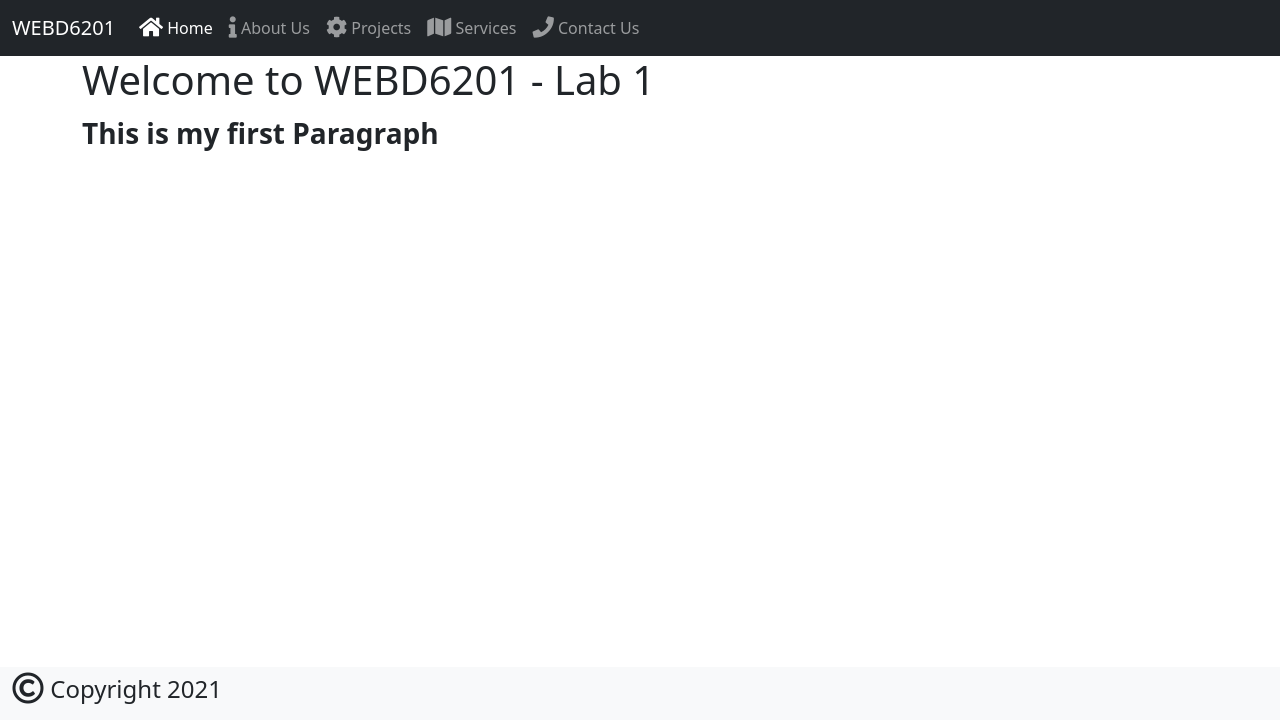
Repository: ErikHayward/WEBD6201-W2021-ICE1b
Page: services.html
The author's editor kept a copy of each file at every save. The page is drawn from the files as they stood at one save, then again after the next save.
The browser window is 1280 px wide. The pictures show the whole page.

Above is the page before, as saved 2021-01-22 20:28:59.

### services.html
<!DOCTYPE html>
<html lang="en">
<head>
    <meta charset="UTF-8">
    <meta name="viewport" content="width=device-width, initial-scale=1.0">
    <title>Home</title>
    <!-- CSS Section -->
    <link rel="stylesheet" href="./node_modules/bootstrap/dist/css/bootstrap.min.css">
    <link rel="stylesheet" href="./node_modules/@fortawesome/fontawesome-free/css/all.min.css">
    <link rel="stylesheet" href="./Content/app.css">
</head>
<body>
    <!-- Main Header -->
    <header>
        <!-- Main Nav -->
        <nav class="navbar navbar-expand-lg navbar-dark bg-dark">
            <div class="container-fluid">
              <a class="navbar-brand" href="index.html">WEBD6201</a>
              <button class="navbar-toggler" type="button" data-bs-toggle="collapse" data-bs-target="#navbarSupportedContent" aria-controls="navbarSupportedContent" aria-expanded="false" aria-label="Toggle navigation">
                <span class="navbar-toggler-icon"></span>
              </button>
              <div class="collapse navbar-collapse" id="navbarSupportedContent">
                <ul class="navbar-nav me-auto mb-2 mb-lg-0">

                  <li class="nav-item">
                    <a class="nav-link active" aria-current="page" href="index.html"><i class="fas fa-home fa-lg"></i> Home</a>
                  </li>

                  <li class="nav-item">
                    <a class="nav-link" aria-current="page" href="about.html"><i class="fas fa-info fa-lg"></i> About Us</a>
                  </li>

                  <li class="nav-item">
                    <a class="nav-link" aria-current="page" href="projects.html"><i class="fas fa-cog fa-lg"></i> Projects</a>
                  </li>

                  <li class="nav-item">
                    <a class="nav-link" aria-current="page" href="services.html"><i class="fas fa-map fa-lg"></i> Services</a>
                  </li>

                  <li class="nav-item">
                    <a class="nav-link" aria-current="page" href="contact.html"><i class="fas fa-phone fa-lg"></i> Contact Us</a>
                  </li>

                </ul>
              </div>
            </div>
          </nav>
    </header>

    <!-- Main Content -->
    <main class="container">
        <h1>Welcome to WEBD 6201</h1>
        <p id="paragraphOne"></p>
    </main>

    <!-- Main Footer -->
    <footer>
        <nav class="navbar fixed-bottom navbar-light bg-light">
            <div class="container-fluid">
              <h4><i class="far fa-copyright fa-lg"></i> Copyright 2021</h4>
            </div>
          </nav>
    </footer>

    <!-- Script Section -->
    <script src="./node_modules/jquery/dist/jquery.min.js"></script>
    <script src="./node_modules/bootstrap/dist/js/bootstrap.bundle.min.js"></script>
    <script src="./Scripts/app.js"></script>
</body>
</html>

### Content/app.css
/* Custom CSS goes here */

### Scripts/app.js
/* Custom Java Script goes here */

// IIFE - Immediately Invoked Function Expression
// AKA - Anonymous Self-Executing Function
// Closure - limits scope leak

"use strict";

(function(){

    function Start(){
        console.log("App Started...");

        let paragraphOneText = "This is a simple site to demonstrate DOM Manipulation for ICE 1";

        let paragraphOneElement = document.getElementById("paragraphOne");

        paragraphOneElement.textContent = paragraphOneText;
        paragraphOneElement.className = "fs-5";

        // Step 1. document.createElement
        let newParagraph = document.createElement("p");
        // Step 2. configure the element
        newParagraph.setAttribute("id", "paragraphTwo");
        newParagraph.textContent = "...And this is paragraph two";
        // Step 3. select the parent element
        let mainContent = document.getElementsByTagName("main")[0];
        // Step 4. Add / Insert element
        mainContent.appendChild(newParagraph);

        newParagraph.className = "fs-6";

        // another way of injecting content
        let paragraphDiv = document.createElement('div');
        let paragraphThree =`<p id="paragraphThree" class="fs-7 fw-bold">And this is the Third Paragraph</p>`
        paragraphDiv.innerHTML = paragraphThree;

        // insertions

        // example of inserting before a node
        // newParagraph.before(paragraphDiv);

        // example of inserting after a node
        newParagraph.after(paragraphDiv);

        // deletions

        // example of removing a single element
        // paragraphOneElement.remove();

        // example of removeChild
        mainContent.removeChild(paragraphOneElement);

        // update / modification
        // mainContent.firstElementChild.textContent = "Welcome Home!";

        mainContent.innerHTML =
        `<h1 id="firstHeading">Welcome to WEBD6201 - Lab 1</h1>
         <p id="paragraphOne" class="fs-3 fw-bold">This is my first Paragraph</p>
        `;

    }

    window.addEventListener("load", Start);

})();

Loaded but not shown: node_modules/bootstrap/dist/css/bootstrap.min.css (library); node_modules/@fortawesome/fontawesome-free/css/all.min.css (library); node_modules/jquery/dist/jquery.min.js (library); node_modules/bootstrap/dist/js/bootstrap.bundle.min.js (library)

After the next save:
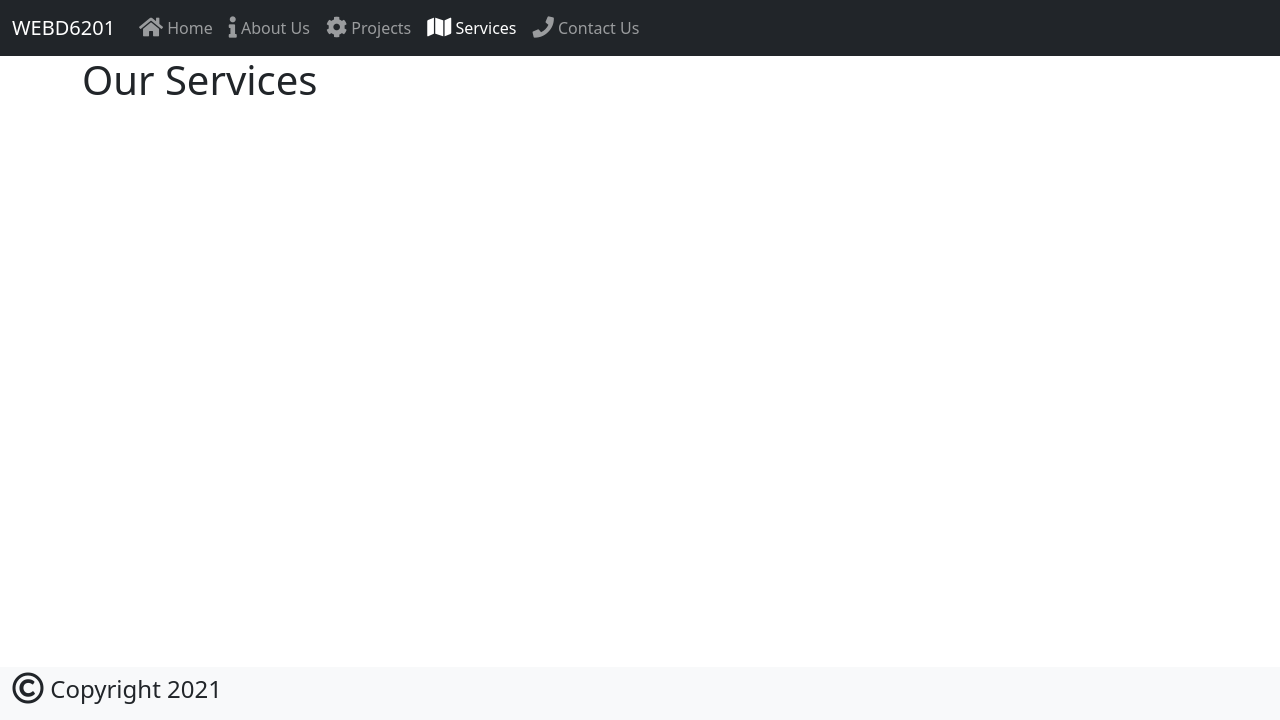
Console error: TypeError: Cannot set properties of null (setting 'textContent')
Saved 54 s later.
--- a/services.html
+++ b/services.html
@@ -3,7 +3,7 @@
 <head>
     <meta charset="UTF-8">
     <meta name="viewport" content="width=device-width, initial-scale=1.0">
-    <title>Home</title>
+    <title>Services</title>
     <!-- CSS Section -->
     <link rel="stylesheet" href="./node_modules/bootstrap/dist/css/bootstrap.min.css">
     <link rel="stylesheet" href="./node_modules/@fortawesome/fontawesome-free/css/all.min.css">
@@ -23,7 +23,7 @@
                 <ul class="navbar-nav me-auto mb-2 mb-lg-0">
 
                   <li class="nav-item">
-                    <a class="nav-link active" aria-current="page" href="index.html"><i class="fas fa-home fa-lg"></i> Home</a>
+                    <a class="nav-link" aria-current="page" href="index.html"><i class="fas fa-home fa-lg"></i> Home</a>
                   </li>
 
                   <li class="nav-item">
@@ -35,7 +35,7 @@
                   </li>
 
                   <li class="nav-item">
-                    <a class="nav-link" aria-current="page" href="services.html"><i class="fas fa-map fa-lg"></i> Services</a>
+                    <a class="nav-link active" aria-current="page" href="services.html"><i class="fas fa-map fa-lg"></i> Services</a>
                   </li>
 
                   <li class="nav-item">
@@ -50,8 +50,7 @@
 
     <!-- Main Content -->
     <main class="container">
-        <h1>Welcome to WEBD 6201</h1>
-        <p id="paragraphOne"></p>
+        <h1>Our Services</h1>
     </main>
 
     <!-- Main Footer -->
